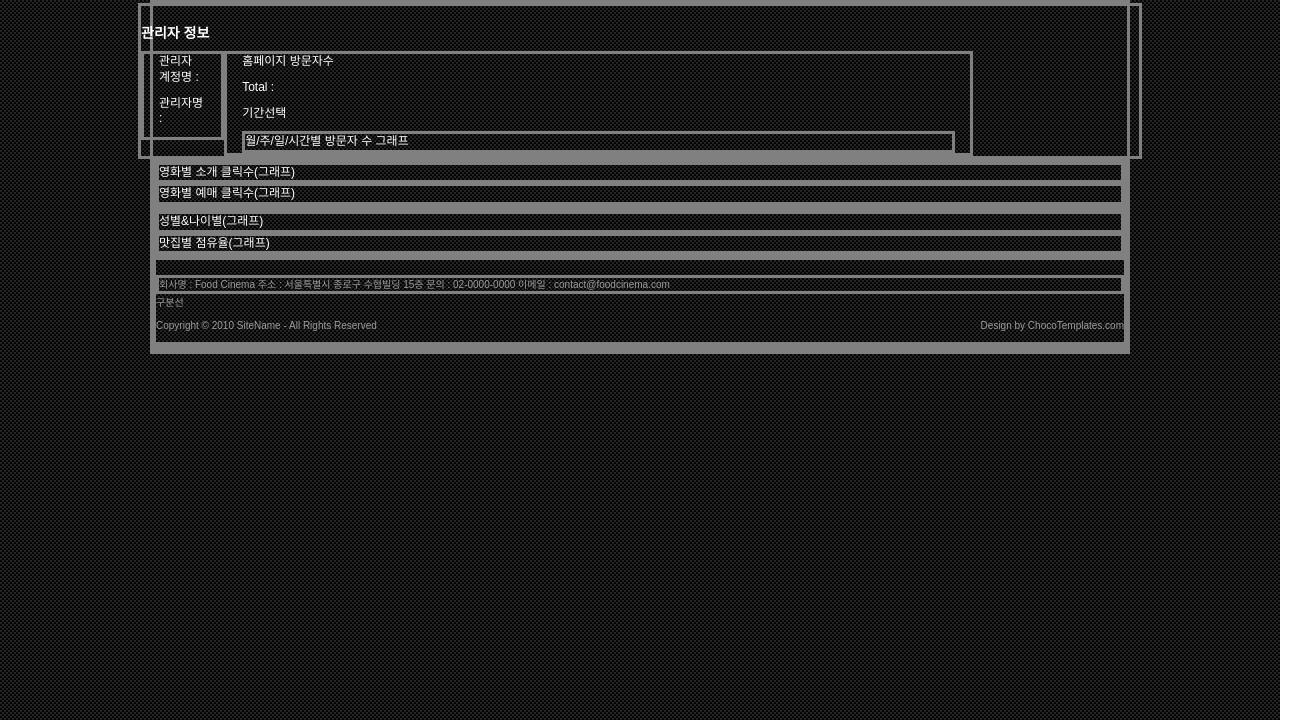
Repository: fhwang2/WEB
Page: http://localhost/FoodCinema/admin.jsp
The author's editor kept a copy of each file at every save. The page is drawn from the files as they stood at one save, then again after the next save.
The browser window is 1280 px wide. The page is 1280 px wide, then 1295 px, so the pictures cover 1295 px, including what lies to the right of the window. The pictures show the whole page.
The page is served by Tomcat 9.

Above is the page before, as saved 2019-07-11 09:39:32.

### FoodCinema/WebContent/admin.jsp
<%@ page language="java" contentType="text/html; charset=UTF-8"
	pageEncoding="UTF-8"%>
<!DOCTYPE html>
<head>
<title>Food Cinema</title>
<meta http-equiv="Content-Type" content="text/html; charset=utf-8" />

<!-- css/style.css = grid -->
<link rel="stylesheet" href="https://maxcdn.bootstrapcdn.com/bootstrap/3.4.0/css/bootstrap.min.css">
<!-- css/style.css = moviehunter -->
<link rel="stylesheet" href="css/style.css" type="text/css" media="all" />
<script src="https://ajax.googleapis.com/ajax/libs/jquery/3.4.1/jquery.min.js"></script>
<script	src="https://maxcdn.bootstrapcdn.com/bootstrap/3.4.0/js/bootstrap.min.js"></script>
<script type="text/javascript" src="js/jquery-1.4.2.min.js"></script>
<script type="text/javascript" src="js/jquery-func.js"></script>

</head>
<body>
	<div id="shell">
		<!-- <div id="header">
			<h1 id="logo">
				<a href="#">FoodCinema</a>
			</h1>
		</div> -->
		<div id="admin_total" class="row">
			<h3>관리자 정보</h3>
			<div id="admin_info" class="col-sm-1">

				<p class="">
					관리자 계정명 :
					<%

				%>
				</p>
				<p>
					관리자명 :
					<%

				%>
				</p>
			</div>
			<div id="totalCnt" class="col-sm-9">
				<p>홈페이지 방문자수</p>
				<p>
					Total :
					<%

				%>
				</p>
				<p>기간선택</p>
				<div id="visitor">월/주/일/시간별 방문자 수 그래프</div>
			</div>
		</div>
		<div id="movie_stat">
			<div id="movie_info_count">영화별 소개 클릭수(그래프)</div>
			<div id="movie_ing_count">영화별 예매 클릭수(그래프)</div>
		</div>
		<div id="matzip_stat">
			<div id="matzip_sex+age">성별&나이별(그래프)</div>
			<div id="matzip_share">맛집별 점유율(그래프)</div>
		</div>
		<div id="footer">
			<div id="companyInfo">
				회사명 : Food Cinema
				주소 : 서울특별시 종로구 수협빌딩 15층
				문의 : 02-0000-0000
				이메일 : contact@foodcinema.com
			</div>
			<p>구분선</p>
			<p class="lf">
				Copyright &copy; 2010 <a href="#">SiteName</a> - All Rights Reserved
			</p>
			<p class="rf">
				Design by <a href="http://chocotemplates.com/">ChocoTemplates.com</a>
			</p>
			<div style="clear: both;"></div>
		</div>
	</div>
</body>
</html>

### FoodCinema/WebContent/css/style.css
* {
	margin:0;
	padding:0;
	outline:0;
}
body {
	font-size:12px;
	line-height:1.3;
	font-family:Arial, Helvetica, Sans-Serif;
	color:white;
	background:url('images/body-bg.gif');
}

div {
	border-style: solid;
	border-color: gray;
}

a {
	color:#e7b038;
	text-decoration:underline;
	cursor:pointer;
}
a:hover {
	text-decoration:none;
}
a img {
	border:0;
}
input, textarea, select {
	font-size:12px;
	font-family:Arial, Helvetica, sans-serif;
}
textarea {
	overflow:auto;
}
.cl {
	display:block;
	height:0;
	font-size:0;
	line-height:0;
	text-indent:-4000px;
	clear:both;
}
.notext {
	font-size:0;
	line-height:0;
	text-indent:-4000px;
}
.left, .alignleft {
	float:left;
	display:inline;
}
.right, .alignright {
	float:right;
	display:inline;
}
.text-right {
	text-align:right;
}
h2 {
	font-size:10px;
	color:#f2a223;
	font-weight:bold;
}
h3 {
	font-size:14px;
	color:#fff;
	font-weight:bold;
}
h4 {
	font-size:14px;
	color:#f3b12b;
	font-weight:bold;
}
#shell {
	width:980px;
	margin:0 auto;
}
#header {
	position:relative;
}
h1#logo {
	position:absolute;
	top:37px;
	left:0;
}
h1#logo a {
	float:left;
	width:239px;
	height:49px;
	background:url('images/logo.gif') no-repeat 0 0;
	font-size:0;
	line-height:0;
	text-indent:-4000px;
}
.social {
	float:right;
	width:160px;
	padding-top:11px;
}
.social span {
	float:left;
	display:inline;
	font-size:10px;
	color:#9f9f9f;
	line-height:16px;
	padding-right:5px;
}
.social ul {
	list-style:none;
}
.social ul li {
	float:left;
	display:inline;
	width:16px;
	padding-right:2px;
}
.social ul li a {
	float:left;
	display:inline;
	width:16px;
	height:16px;
	background:url('images/social.gif') no-repeat 0 0;
	font-size:0;
	line-height:0;
	text-indent:-4000px;
}
.social ul li a.facebook {
	background-position:-18px 0;
}
.social ul li a.vimeo {
	background-position:-36px 0;
}
.social ul li a.rss {
	background-position:-54px 0;
}
#navigation {
	float:right;
	clear:right;
	padding-top:28px;
	padding-bottom:47px;
}
#navigation ul {
	list-style:none;
}
#navigation ul li {
	float:left;
	display:inline;
	padding-left:29px;
}
#navigation ul li a {
	font-size:14px;
	font-weight:bold;
	color:#fff;
	text-decoration:none;
}
#navigation ul li a.active, #navigation ul li a:hover {
	color:#d91d2a;
}
#sub-navigation {
	display:block;
	clear:right;
	border-top:1px dashed #666;
	border-bottom:1px dashed #666;
	padding:8px 0;
}
#sub-navigation ul {
	list-style:none;
}
#sub-navigation ul li {
	float:left;
	display:inline;
	padding-right:23px;
}
#sub-navigation ul li a {
	font-size:14px;
	font-weight:bold;
	color:#fff;
	line-height:24px;
	text-decoration:none;
}
#sub-navigation ul li a:hover {
	text-decoration:underline;
}
#search {
	width:346px;
	margin:0 0 0 auto;
}
#search label {
	float:left;
	display:inline;
	font-size:14px;
	font-weight:bold;
	color:#fff;
	line-height:24px;
	padding-right:6px;
}
#search .search-field {
	width:238px;
	border:1px solid #413e3e;
	background:#000;
	color:#787878;
	padding:2px 0 2px 2px;
}
#search .search-button {
	font-size:14px;
	font-weight:bold;
	border:0;
	background:none;
	color:#fff;
	cursor:pointer;
}
#main {
	border-bottom:1px dashed #413e3e;
}
#content {
}
.box {
	width:980px;
	border-bottom:1px dashed #413e3e;
	padding-bottom:21px;
}
.box .head {
	width:980px;
	padding-top:14px;
	padding-bottom:11px;
}
.box .head h2 {
	float:left;
	display:inline;
}
.box .movie {
	width:152px;
	float:left;
	padding-right:12px;
}
.movie-image {
	float:left;
	width:152px;
	height:214px;
	position:relative;
}
.movie-image img {
	width:152px;
	height:214px;
}
.movie-image a {
	float:left;
	display:inline;
	width:152px;
	height:214px;
	position:relative;
	z-index:2;
}
.play {
	position:absolute;
	top:0;
	left:0;
	width:152px;
	height:214px;
	background:url('images/image-hover.png');
	display:block;
	z-index:5;
	cursor:pointer;
	display:none;
}
.movie span.name {
	font-weight:bold;
	color:#fff;
	font-size:14px;
	text-align:center;
	padding-top:160px;
	display:block;
}
.box .last {
	padding:0;
}
.rating {
	float:left;
	width:152px;
	padding-top:8px;
}
.rating p {
	float:left;
	font-size:10px;
	color:#fff;
	font-weight:bold;
}
.rating .stars {
	float:left;
	width:60px;
	height:11px;
	background:url('images/stars.gif') no-repeat 0 0;
	margin-left:2px;
}
.rating .stars-in {
	width:48px;
	display:inline;
	background:url('images/stars.gif') no-repeat 0 bottom;
	position:absolute;
	height:11px;
	font-size:0;
	line-height:0;
	text-indent:-4000px;
}
.comments {
	background:url('images/comments.gif') no-repeat 0 center;
	padding-left:12px;
	float:right;
}
#news {
	width:460px;
	float:left;
}
#news .head {
	width:460px;
	padding-top:11px;
	padding-bottom:14px;
}
#news h3, #coming h3 {
	float:left;
}
#coming {
	width:490px;
	float:left;
	padding-left:30px;
}
#coming .head {
	width:490px;
	padding-top:11px;
	padding-bottom:14px;
}
#coming .head strong {
	color:#ff361a;
}
#coming .content {
	min-height:130px;
	height:auto !important;
	height:130px;
	padding-bottom:20px;
}
#coming .content h4 {
	padding-bottom:3px;
}
.content {
	padding-bottom:28px;
}
.content .date {
	font-size:10px;
	color:#fff;
}
.content img {
	float:left;
	width:68px;
	padding-right:8px;
}
.content p {
	font-size:13px;
	color:#fff;
	line-height:16px;
}
.content a {
	font-size:11px;
}
#footer {
	padding:15px 0 0 0;
	font-size:10px;
}
#footer, #footer a {
	color:#9c9c9c;
	text-decoration:none;
}
#footer a:hover {
	text-decoration:none;
}
#footer p {
	margin:0;
	padding:0 0 11px 0;
	line-height:normal;
	white-space:nowrap;
}
#footer .lf {
	float:left;
}
#footer .rf {
	float:right;
}

Loaded but not shown: FoodCinema/WebContent/js/jquery-1.4.2.min.js (library); FoodCinema/WebContent/js/jquery-func.js (common file)

After the next save:
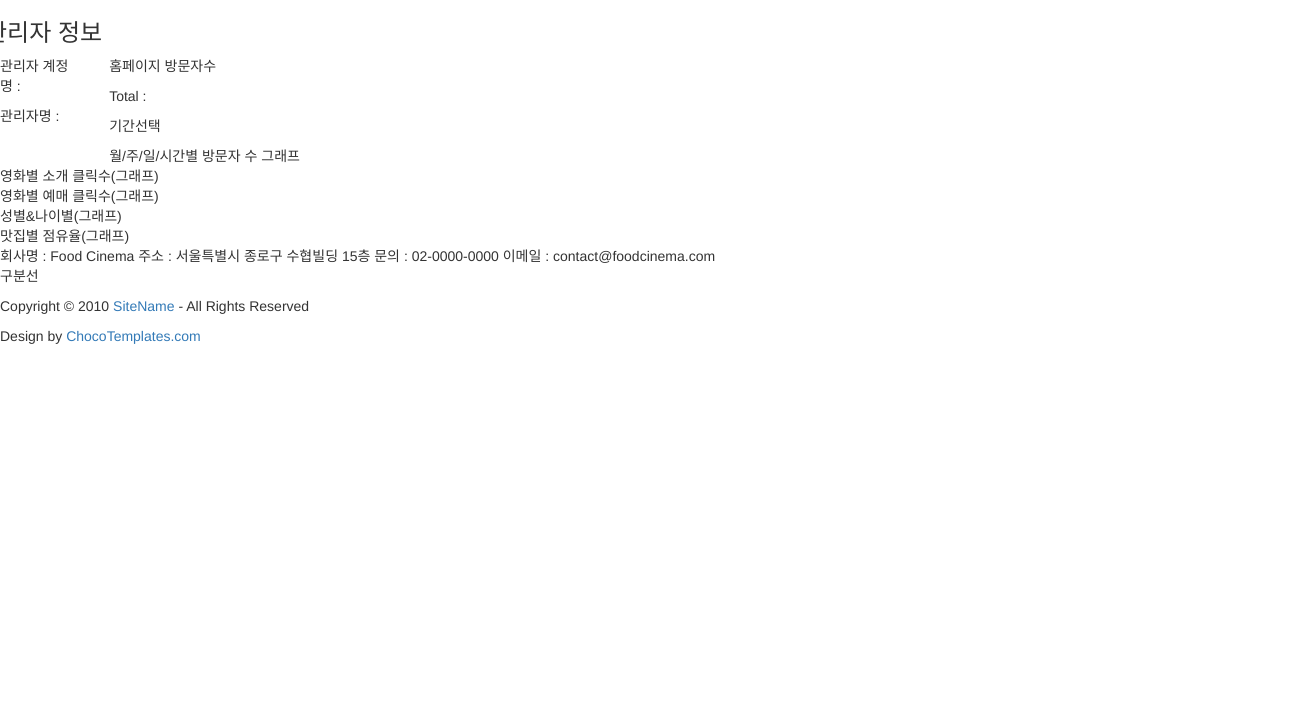
Saved 42 s later.
--- a/FoodCinema/WebContent/admin.jsp
+++ b/FoodCinema/WebContent/admin.jsp
@@ -7,12 +7,15 @@
 
 <!-- css/style.css = grid -->
 <link rel="stylesheet" href="https://maxcdn.bootstrapcdn.com/bootstrap/3.4.0/css/bootstrap.min.css">
-<!-- css/style.css = moviehunter -->
-<link rel="stylesheet" href="css/style.css" type="text/css" media="all" />
+
 <script src="https://ajax.googleapis.com/ajax/libs/jquery/3.4.1/jquery.min.js"></script>
 <script	src="https://maxcdn.bootstrapcdn.com/bootstrap/3.4.0/js/bootstrap.min.js"></script>
 <script type="text/javascript" src="js/jquery-1.4.2.min.js"></script>
 <script type="text/javascript" src="js/jquery-func.js"></script>
+
+<style>
+
+</style>
 
 </head>
 <body>
